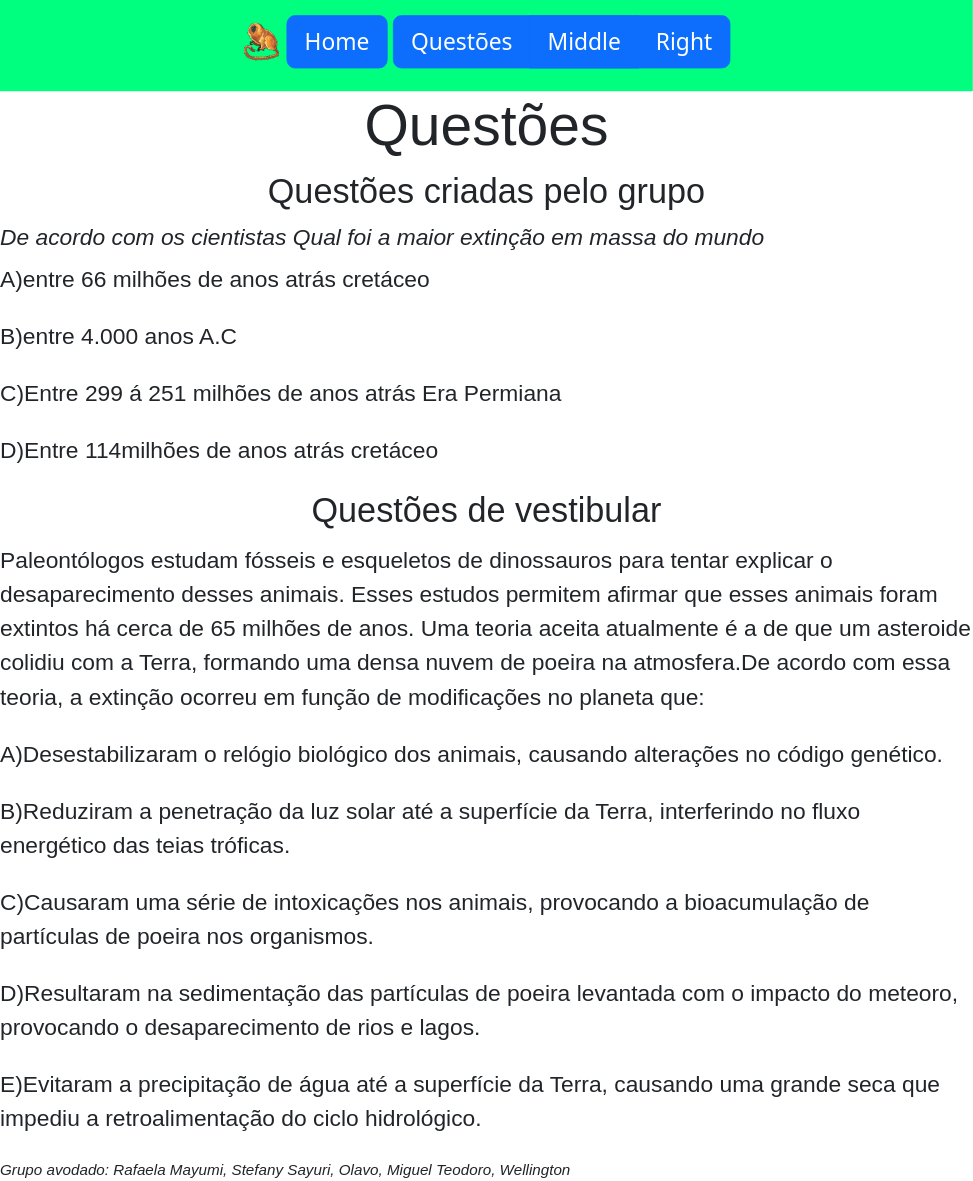
Repository: OlavoSchiavi/Site-de-biologia
Page: quest.html
An editor plug-in stored every save of this project. The page is shown before and after the next save, followed by the edit.
The browser window is 1280 px wide. The pictures show the whole page, at 76% of full size.

Above is the page before, as saved 2023-04-18 20:57:48.
Not found: JS/script.js

### quest.html
<!DOCTYPE html>
<html lang="pt-br">
<head>
    <meta charset="UTF-8">
    <meta http-equiv="X-UA-Compatible" content="IE=edge">
    <meta name="viewport" content="width=device-width, initial-scale=1.0">
    <title>Site de biologia - Questões</title>
    <link rel="stylesheet" href="CSS/style.css">
    <link href="https://cdn.jsdelivr.net/npm/bootstrap@5.3.0-alpha3/dist/css/bootstrap.min.css" rel="stylesheet" integrity="sha384-KK94CHFLLe+nY2dmCWGMq91rCGa5gtU4mk92HdvYe+M/SXH301p5ILy+dN9+nJOZ" crossorigin="anonymous">
    <link rel="icon" href="imagens/monkey.png" type="image/png">
    <link rel="stylesheet" href="JS/script.js">
    <link rel="icon" type="image/png" href="imagens/arara.png">
</head>
<body>
    <header>
        <nav class="mapa">
            <img id="logo" src="imagens/monkey.png" alt="Logo">
            <button type="button" class="btn btn-primary">
                <a href="index.html" class="button">Home</a>
            </button>
            <div class="btn-group" role="group" aria-label="Basic example">
                <button type="button" class="btn btn-primary">
                    <a href="quest.html" class="button">Questões</a>
                </button>
                <button type="button" class="btn btn-primary">Middle</button>
                <button type="button" class="btn btn-primary">Right</button>
              </div>
        </nav>
    </header>
    <main>
        <article>
            <section>
                <h1>Questões</h1>
            </section>
            <section>
                <h4>Questões criadas pelo grupo</h4>
                <h6>De acordo com os cientistas Qual foi a maior extinção em massa do mundo</h6>
                <p>A)entre 66 milhões de anos atrás cretáceo</p>
                <p>B)entre 4.000 anos A.C</p>
                <p>C)Entre 299 á 251  milhões de anos atrás Era Permiana</p>
                <p>D)Entre 114milhões de anos atrás cretáceo</p>

                <h4>Questões de vestibular</h4>
                <p>Paleontólogos estudam fósseis e esqueletos de dinossauros para tentar explicar o desaparecimento desses animais. Esses estudos permitem afirmar que esses animais foram extintos há cerca de 65 milhões de anos. Uma teoria aceita atualmente é a de que um asteroide colidiu com a Terra, formando uma densa nuvem de poeira na atmosfera.De acordo com essa teoria, a extinção ocorreu em função de modificações no planeta que:</p>
                    <p>A)Desestabilizaram o relógio biológico dos animais, causando alterações no código genético.</p>
                    <p>B)Reduziram a penetração da luz solar até a superfície da Terra, interferindo no fluxo energético das teias tróficas.</p>
                    <p>C)Causaram uma série de intoxicações nos animais, provocando a bioacumulação de partículas de poeira nos organismos.</p>
                    <p>D)Resultaram na sedimentação das partículas de poeira levantada com o impacto do meteoro, provocando o desaparecimento de rios e lagos.</p>
                    <p>E)Evitaram a precipitação de água até a superfície da Terra, causando uma grande seca que impediu a retroalimentação do ciclo hidrológico.</p>
            </section>
        </article>
    </main>
    <footer style="font-size: 20px; font-style: italic;">
        Grupo avodado: Rafaela Mayumi, Stefany Sayuri, Olavo, Miguel Teodoro, Wellington
    </footer>
</body>
</html>

### CSS/style.css
header{
    padding: 20px;
    height: 120px;
    background-color:springgreen;
}
.arara{
    width: 20%;
    float: right;
}
#logo{
    width: 50px;
}

body,main,footer,html{
    font-family: Arial, Helvetica, sans-serif;
    font-size: 30px;
}
.button{
    color:white;
    text-decoration: none;
}
.mapa{
    text-align: center;
}
h1,h4{
    text-align: center;
}
h6{
    font-style:oblique;
}

After the next save:
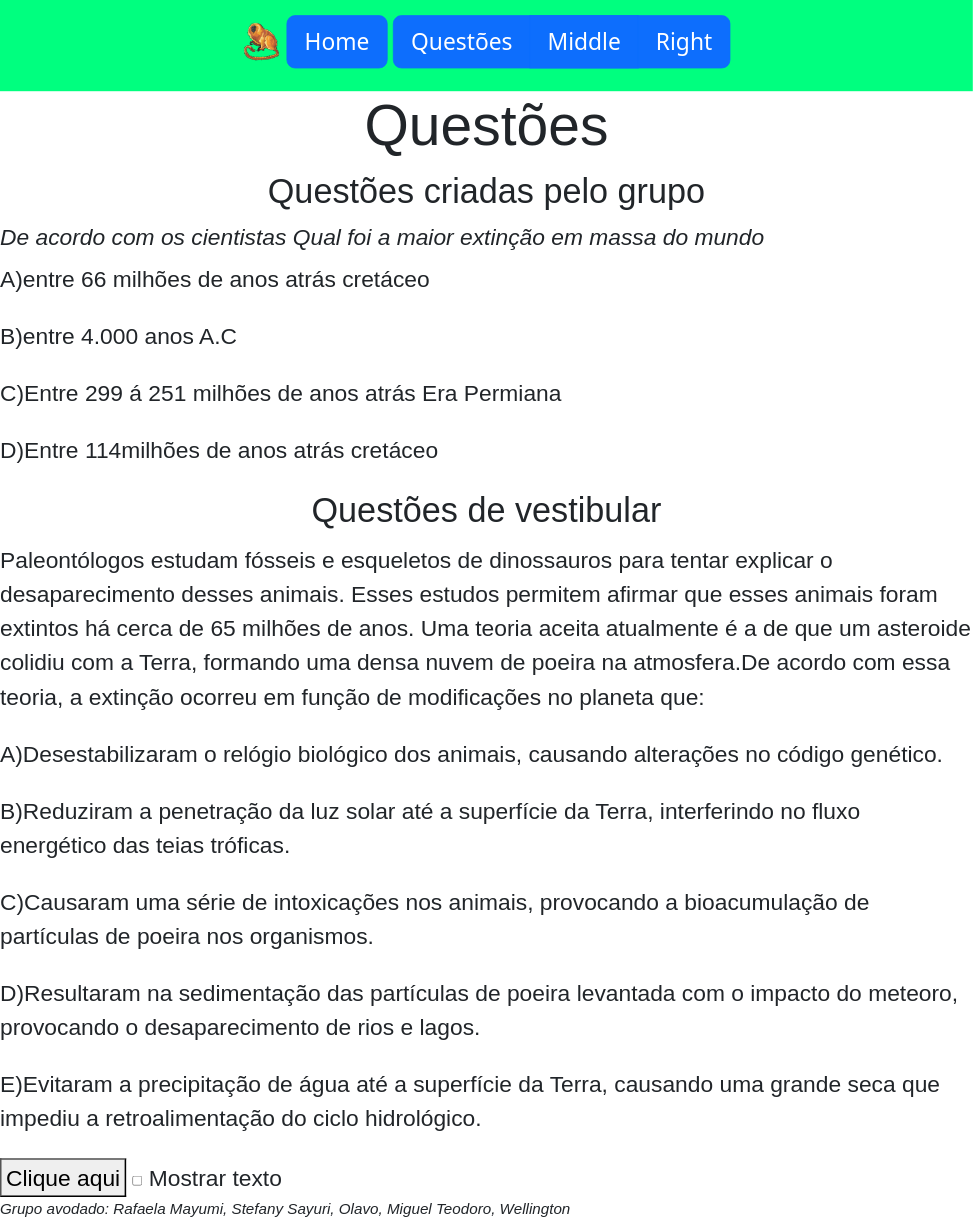
Saved 19 min 1 s later.
--- a/quest.html
+++ b/quest.html
@@ -39,7 +39,8 @@
                 <p>B)entre 4.000 anos A.C</p>
                 <p>C)Entre 299 á 251  milhões de anos atrás Era Permiana</p>
                 <p>D)Entre 114milhões de anos atrás cretáceo</p>
-
+            </section>
+            <section>
                 <h4>Questões de vestibular</h4>
                 <p>Paleontólogos estudam fósseis e esqueletos de dinossauros para tentar explicar o desaparecimento desses animais. Esses estudos permitem afirmar que esses animais foram extintos há cerca de 65 milhões de anos. Uma teoria aceita atualmente é a de que um asteroide colidiu com a Terra, formando uma densa nuvem de poeira na atmosfera.De acordo com essa teoria, a extinção ocorreu em função de modificações no planeta que:</p>
                     <p>A)Desestabilizaram o relógio biológico dos animais, causando alterações no código genético.</p>
@@ -47,6 +48,33 @@
                     <p>C)Causaram uma série de intoxicações nos animais, provocando a bioacumulação de partículas de poeira nos organismos.</p>
                     <p>D)Resultaram na sedimentação das partículas de poeira levantada com o impacto do meteoro, provocando o desaparecimento de rios e lagos.</p>
                     <p>E)Evitaram a precipitação de água até a superfície da Terra, causando uma grande seca que impediu a retroalimentação do ciclo hidrológico.</p>
+
+                    <div id="texto"></div>
+
+                    <button id="botao" onclick="mostrarTexto()">Clique aqui</button>
+
+                    <script>
+                    function mostrarTexto() {
+                    var texto = "Este é o texto que será exibido";
+                    document.getElementById("texto").innerHTML = texto;
+                    }
+                    </script>
+
+                    <input type="checkbox" id="checkbox" onclick="mostrarTexto()"> Mostrar texto
+                    <div id="texto"></div>
+
+                    <script>
+                    function mostrarTexto() {
+                    var checkbox = document.getElementById("checkbox");
+                    var texto = document.getElementById("texto");
+                    if (checkbox.checked) {
+                        texto.innerHTML = "Este é o texto que será exibido";
+                    } else {
+                        texto.innerHTML = "";
+                    }
+                    }
+                    </script>
+
             </section>
         </article>
     </main>
